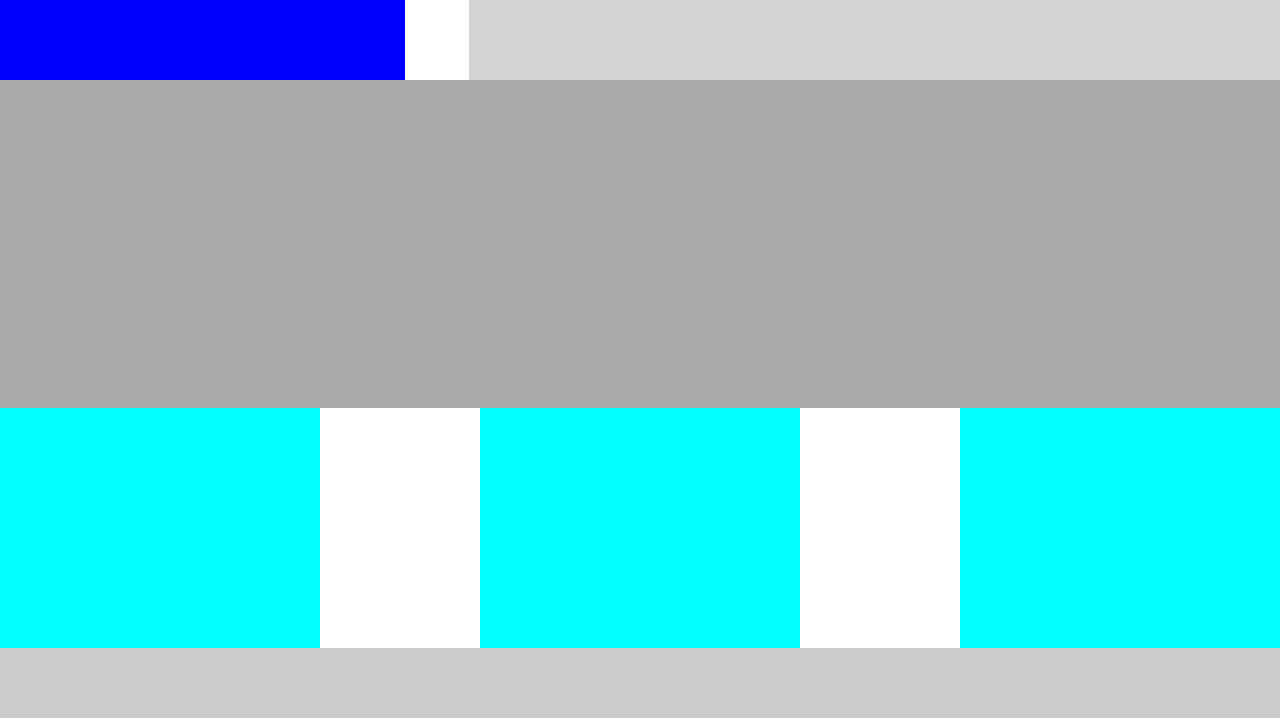
Repository: punitbathija/Placement-Assitance-iNeuron
Page: responsive-web-design.html
The author's editor kept a copy of each file at every save. The page is drawn from the files as they stood at one save, then again after the next save.
The browser window is 1280 px wide. The pictures show the whole page.

Above is the page before, as saved 2023-05-23 15:26:46.

After the next save:
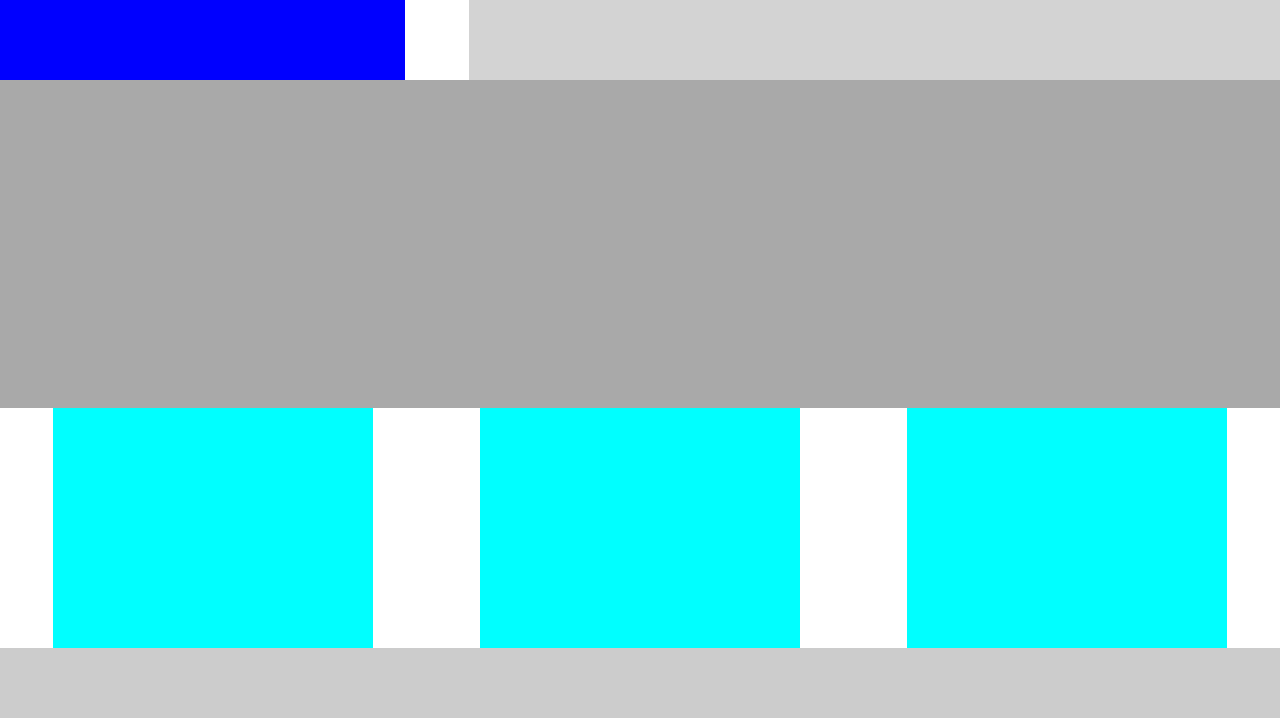
Saved 17 s later.
--- a/responsive-web-design.html
+++ b/responsive-web-design.html
@@ -45,7 +45,7 @@
       .slider {
         display: flex;
         flex-wrap: wrap;
-        justify-content: space-between;
+        justify-content: space-around;
       }
 
       .slider-item {
